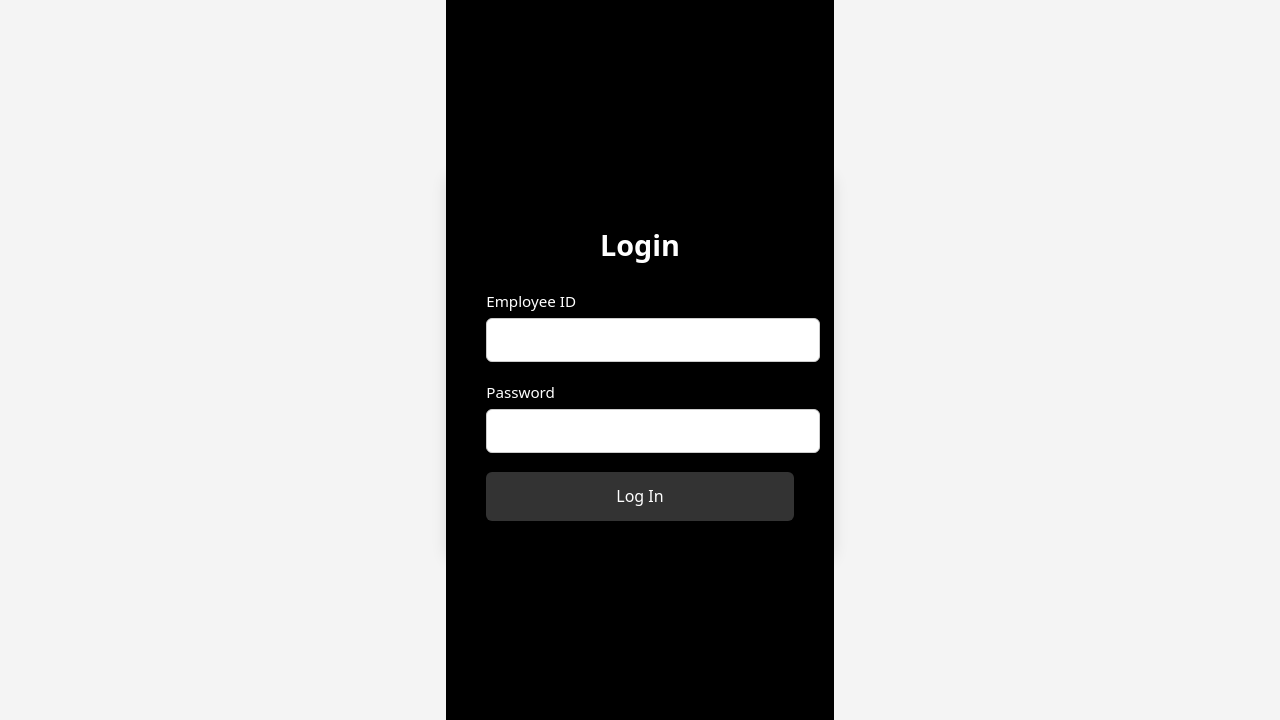
Repository: iEstebanx/quscina
Page: /
The author's editor kept a copy of each file at every save. The page is drawn from the files as they stood at one save, then again after the next save.
The browser window is 1280 px wide. The pictures show the whole page.
The project was rebuilt for these pictures with package versions that can differ from the ones it lists, and the page was loaded fresh each time. Also part of the build but not shown: vite.config.js, src/components/Header/Header.module.css, src/components/Header/Header.jsx, src/layouts/MainLayout.jsx, src/pages/Menu/Menu.jsx.

Above is the page before, as saved 2025-07-19 21:40:43.

### src/index.css
:root {
  font-family: system-ui, Avenir, Helvetica, Arial, sans-serif;
  line-height: 1.5;
  font-weight: 400;

  color-scheme: light dark;
  color: rgba(255, 255, 255, 0.87);
  background-color: #242424;

  font-synthesis: none;
  text-rendering: optimizeLegibility;
  -webkit-font-smoothing: antialiased;
  -moz-osx-font-smoothing: grayscale;
}

a {
  color: inherit;
  text-decoration: none;
}
a:hover {
  color: #535bf2;
}

body {
  margin: 0;
  padding: 0;
  box-sizing: border-box;
  min-width: 320px;
  min-height: 100vh;
}

ul {
  list-style: none;
  margin: 0;
  padding: 0;
}

/* Button styling override */
button {
  border-radius: 8px;
  border: 1px solid transparent;
  padding: 0.6em 1.2em;
  font-size: 1em;
  font-weight: 500;
  font-family: inherit;
  background-color: #1a1a1a;
  cursor: pointer;
  transition: border-color 0.25s;
}
button:hover {
  border-color: #646cff;
}
button:focus,
button:focus-visible {
  outline: 4px auto -webkit-focus-ring-color;
}

/* .menu-layout {
  display: flex;
  height: 100vh;
  overflow: hidden;
}

.menu-layout > * {
  height: 100%;
}

.sidebar-categories {
  width: 180px;
  background-color: #4b2a1a;
  color: white;
  flex-shrink: 0;
}

.cart {
  width: 280px;
  background-color: #6b3b1f;
  color: white;
  flex-shrink: 0;
}

.food-grid {
  flex-grow: 1;
  background: white;
  padding: 1rem;
  display: grid;
  grid-template-columns: repeat(auto-fill, minmax(150px, 1fr));
  gap: 1rem;
  overflow-y: auto;
} */


@media (prefers-color-scheme: light) {
  :root {
    color: #213547;
    background-color: #ffffff;
  }

  a:hover {
    color: #747bff;
  }

  button {
    background-color: #f9f9f9;
  }
}

### src/App.jsx
import { BrowserRouter } from 'react-router-dom';
import AppRoutes from './routes/AppRoutes';
import { AuthProvider } from './context/AuthContext';
import { ShiftProvider } from './context/ShiftContext';
import { CartProvider } from './context/CartContext';

function App() {
  return (
    <BrowserRouter>
      <AuthProvider>
        <ShiftProvider>
          <CartProvider>
            <AppRoutes />
          </CartProvider>
        </ShiftProvider>
      </AuthProvider>
    </BrowserRouter>
  );
}

export default App;

### src/routes/AppRoutes.jsx
import { Routes, Route } from 'react-router-dom';
import MainLayout from '../layouts/MainLayout';
import EmptyLayout from '../layouts/EmptyLayout';

import LoginPage from '../pages/Login/LoginPage';
import MenuPage from '../pages/Menu/Menu';
import ReceiptsPage from '../pages/Receipts/ReceiptsPage';
import ShiftPage from '../pages/Shift/ShiftPage';
import RefundPage from '../pages/Refund/RefundPage';
import NotFound from '../pages/NotFound';

const AppRoutes = () => {
  return (
    <Routes>
      {/* Public */}
      <Route element={<EmptyLayout />}>
        <Route path="/" element={<LoginPage />} />
      </Route>

      {/* Protected */}
      <Route element={<MainLayout />}>
        <Route path="/menu" element={<MenuPage />} />
        <Route path="/receipts" element={<ReceiptsPage />} />
        <Route path="/shift" element={<ShiftPage />} />
        <Route path="/refund" element={<RefundPage />} />
      </Route>

      {/* Fallback */}
      <Route path="*" element={<NotFound />} />
    </Routes>
  );
};

export default AppRoutes;

### src/context/AuthContext.jsx
import { createContext, useContext, useState } from 'react';

const AuthContext = createContext();

export function AuthProvider({ children }) {
  const [user, setUser] = useState(null);

  const login = (userData) => setUser(userData);
  const logout = () => setUser(null);

  return (
    <AuthContext.Provider value={{ user, login, logout, isLoggedIn: !!user }}>
      {children}
    </AuthContext.Provider>
  );
}

export function useAuth() {
  return useContext(AuthContext);
}

### src/context/ShiftContext.jsx
import { createContext, useContext, useState } from 'react';

const ShiftContext = createContext();

export function ShiftProvider({ children }) {
  const [shift, setShift] = useState({
    isOpen: false,
    startAmount: 0,
  });

  const openShift = (amount) => setShift({ isOpen: true, startAmount: amount });
  const closeShift = () => setShift({ isOpen: false, startAmount: 0 });

  return (
    <ShiftContext.Provider value={{ shift, openShift, closeShift }}>
      {children}
    </ShiftContext.Provider>
  );
}

export function useShift() {
  return useContext(ShiftContext);
}

### src/context/CartContext.jsx
import { createContext, useContext, useState } from 'react';

const CartContext = createContext();

export function CartProvider({ children }) {
  const [items, setItems] = useState([]);

  const addItem = (item) => {
    setItems((prev) => {
      const exists = prev.find((i) => i.id === item.id);
      if (exists) {
        return prev.map((i) =>
          i.id === item.id ? { ...i, quantity: i.quantity + 1 } : i
        );
      }
      return [...prev, { ...item, quantity: 1 }];
    });
  };

  const removeItem = (id) => {
    setItems((prev) => prev.filter((i) => i.id !== id));
  };

  const clearCart = () => setItems([]);

  const total = items.reduce((acc, item) => acc + item.price * item.quantity, 0);

  return (
    <CartContext.Provider value={{ items, addItem, removeItem, clearCart, total }}>
      {children}
    </CartContext.Provider>
  );
}

export function useCart() {
  return useContext(CartContext);
}

### src/layouts/EmptyLayout.jsx
import { Outlet } from 'react-router-dom';
import styles from './EmptyLayout.module.css';

const EmptyLayout = () => {
  return (
    <div className={styles.emptyLayout}>
      <Outlet />
    </div>
  );
};

export default EmptyLayout;

### src/pages/Login/LoginPage.jsx
// pages/Login/LoginPage.jsx
import { useState } from 'react';
import styles from './Login.module.css';

const LoginPage = () => {
  const [employeeID, setEmployeeID] = useState('');
  const [password, setPassword] = useState('');

  const handleLogin = (e) => {
    e.preventDefault();
    console.log('Logging in with:', { employeeID, password });
    // Replace with real login logic
  };

  return (
    <div className={styles.loginWrapper}>
      <form className={styles.loginForm} onSubmit={handleLogin}>
        <h2 className={styles.title}>Login</h2>

        <label className={styles.label}>Employee ID</label>
        <input
          type="text"
          className={styles.input}
          value={employeeID}
          onChange={(e) => setEmployeeID(e.target.value)}
          required
        />

        <label className={styles.label}>Password</label>
        <input
          type="password"
          className={styles.input}
          value={password}
          onChange={(e) => setPassword(e.target.value)}
          required
        />

        <button type="submit" className={styles.button}>
          Log In
        </button>
      </form>
    </div>
  );
};

export default LoginPage;

### src/layouts/EmptyLayout.module.css
.emptyLayout {
  display: flex;
  justify-content: center;
  align-items: center;
  height: 100vh;
  background-color: #f4f4f4; /* Or dark, depending on your theme */
}

### src/pages/Login/Login.module.css
.loginWrapper {
  display: flex;
  justify-content: center;
  align-items: center;
  height: 100vh;
  background: black;
}

.loginForm {
  background: black;
  padding: 2rem 2.5rem;
  border-radius: 10px;
  box-shadow: 0 8px 16px rgba(0, 0, 0, 0.1);
  width: 100%;
  max-width: 380px;
}

.title {
  font-size: 1.8rem;
  font-weight: bold;
  margin-bottom: 1.5rem;
  text-align: center;
  color: white;
}

.label {
  display: block;
  font-size: 0.95rem;
  margin-bottom: 0.3rem;
  color: white;
}

.input {
  width: 100%;
  padding: 0.75rem;
  margin-bottom: 1.2rem;
  border: 1px solid #ccc;
  border-radius: 6px;
  font-size: 1rem;
  transition: border 0.2s ease;
}

.input:focus {
  border-color: white;
  outline: none;
}

.button {
  width: 100%;
  padding: 0.85rem;
  background: #333;
  color: white;
  font-size: 1rem;
  border: none;
  border-radius: 6px;
  cursor: pointer;
  transition: background 0.3s ease;
}

.button:hover {
  background: white;
}

Loaded but not shown: index.html (common file); src/main.jsx (common file); src/pages/Receipts/ReceiptsPage.jsx (no stored copy; drawn as an empty file); src/pages/Shift/ShiftPage.jsx (no stored copy; drawn as an empty file); src/pages/Refund/RefundPage.jsx (no stored copy; drawn as an empty file); src/pages/Notfound.jsx (no stored copy; drawn as an empty file)

After the next save:
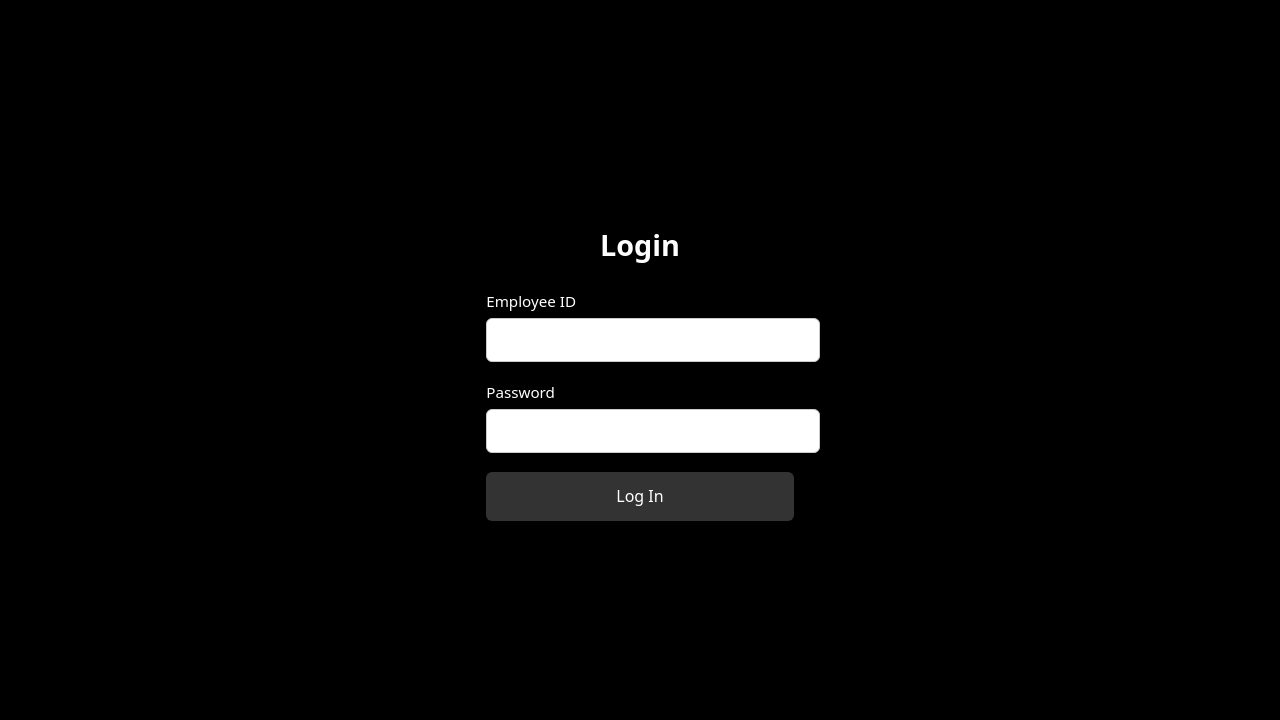
Saved 8 s later.
--- a/src/layouts/EmptyLayout.module.css
+++ b/src/layouts/EmptyLayout.module.css
@@ -3,5 +3,5 @@
   justify-content: center;
   align-items: center;
   height: 100vh;
-  background-color: #f4f4f4; /* Or dark, depending on your theme */
+  background-color: black; /* Or dark, depending on your theme */
 }
